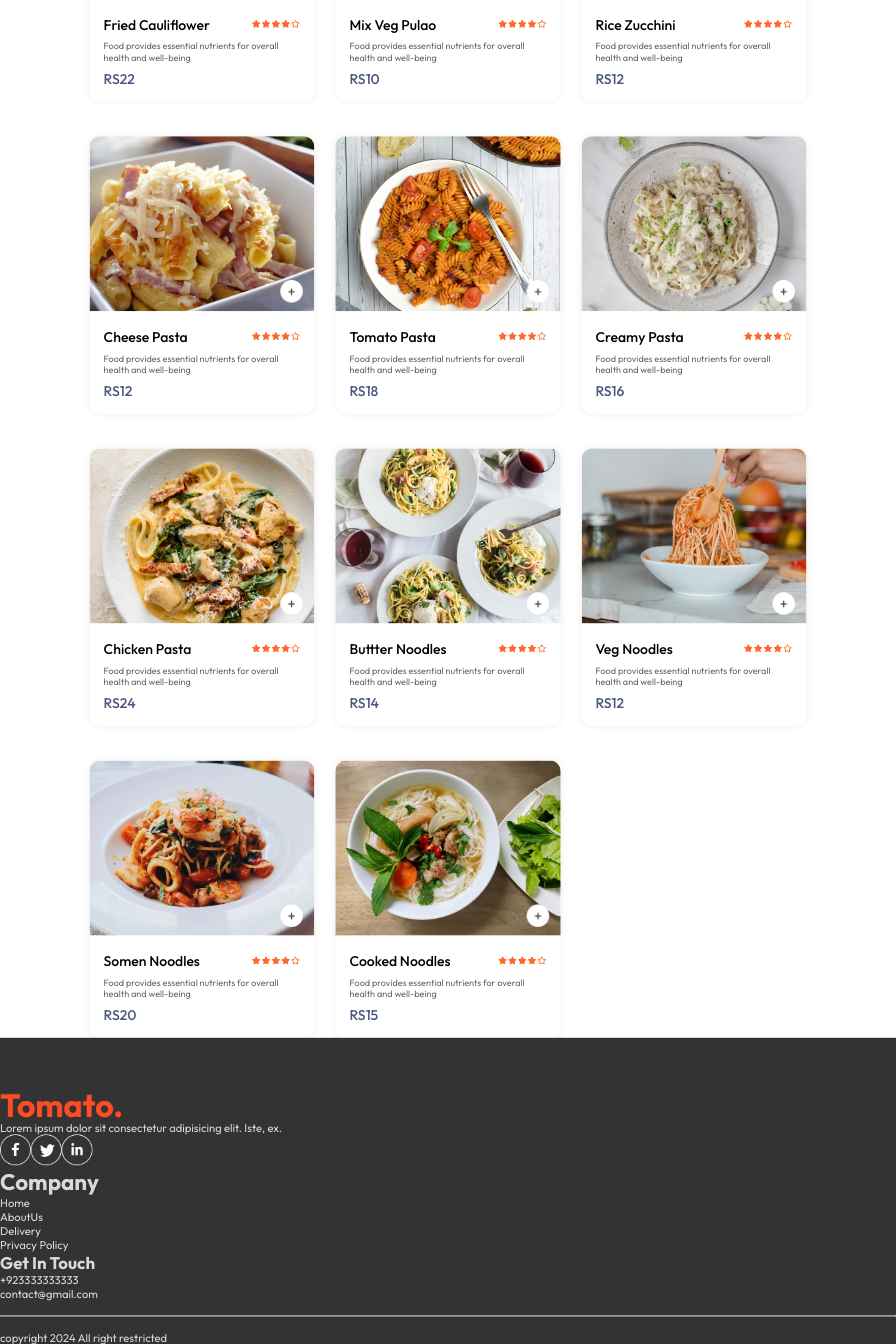
Repository: Attar786/Food-ordering-app
Page: / (app in frontend/)
An editor plug-in stored every save of this project. The page is shown before and after the next save, followed by the edit.
The browser window is 1280 px wide. The pictures show the part of the page from y = 4362 to 6282 px (the page is 6282 px tall), at 70% of full size.
The project was rebuilt for these pictures with package versions that can differ from the ones it lists, and the page was loaded fresh each time. Also part of the build but not shown: frontend/vite.config.js, frontend/src/pages/Cart/Cart.css, frontend/src/pages/Cart/Cart.jsx, frontend/src/pages/PlaceOrder/PlaceOrder.css, frontend/src/pages/PlaceOrder/PlaceOrder.jsx.

Above is the page before, as saved 2024-07-26 19:58:13.

After the next save:
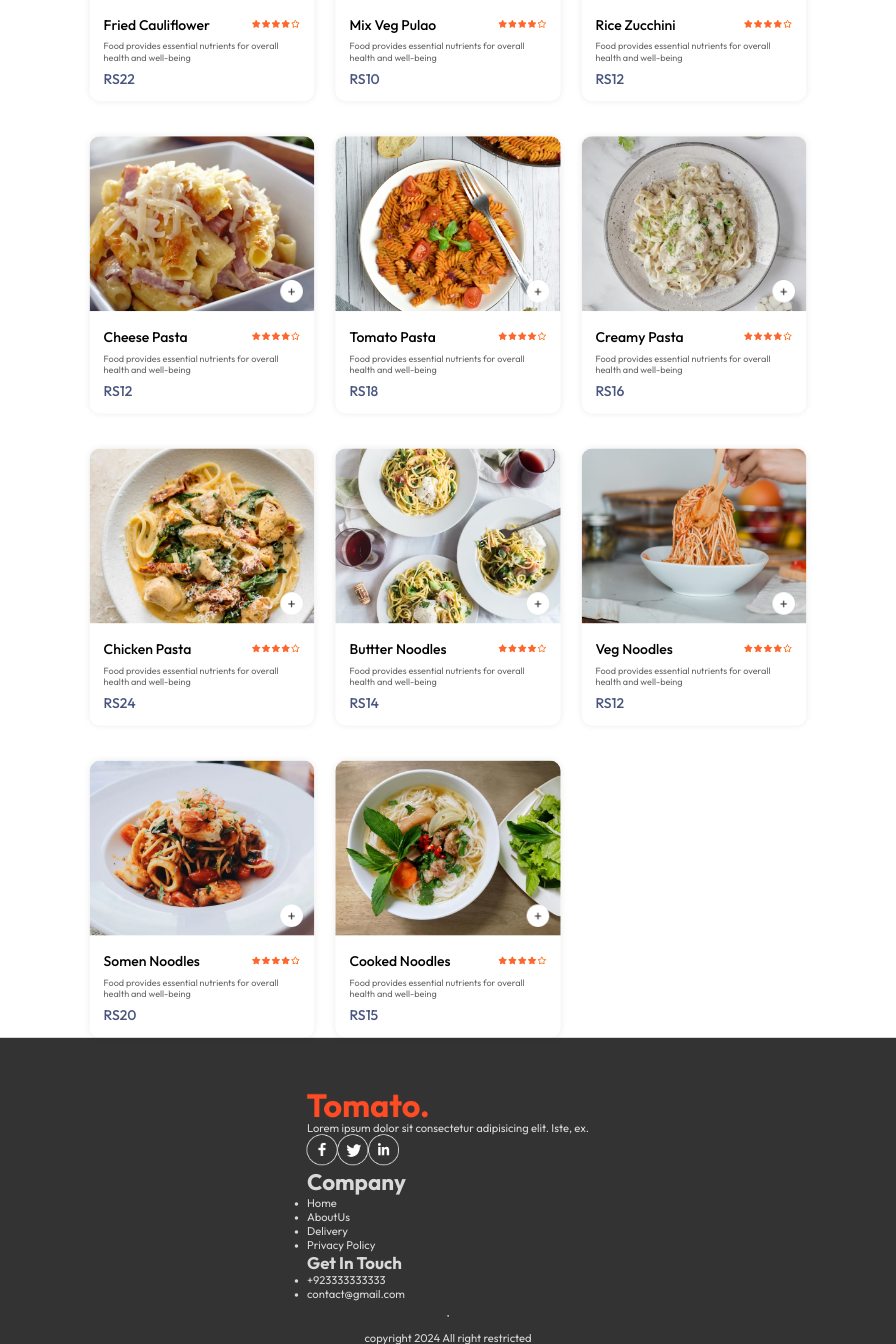
Saved 19 s later.
--- a/frontend/src/components/Footer/Footer.css
+++ b/frontend/src/components/Footer/Footer.css
@@ -3,7 +3,7 @@
     background-color: hsl(0, 0%, 20%);
     display: flex;
     flex-direction: column;
-    /* align-items: center; */
+    align-items: center;
     gap: 20px;
     padding: 20px, 8vw;
     padding-top: 80px;

After the save that followed:
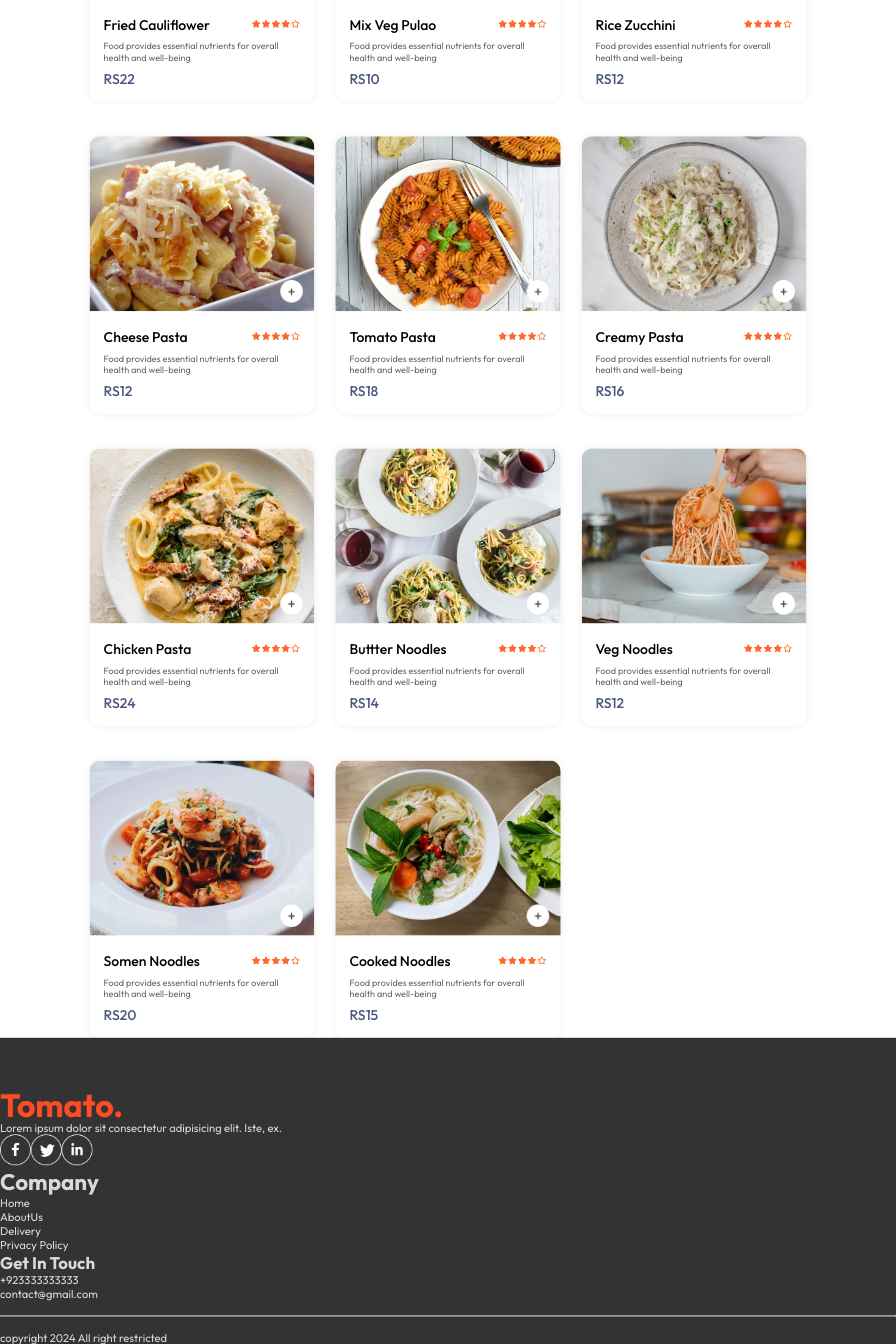
Saved 5 s later.
--- a/frontend/src/components/Footer/Footer.css
+++ b/frontend/src/components/Footer/Footer.css
@@ -3,7 +3,7 @@
     background-color: hsl(0, 0%, 20%);
     display: flex;
     flex-direction: column;
-    align-items: center;
+    /* align-items: center; */
     gap: 20px;
     padding: 20px, 8vw;
     padding-top: 80px;
